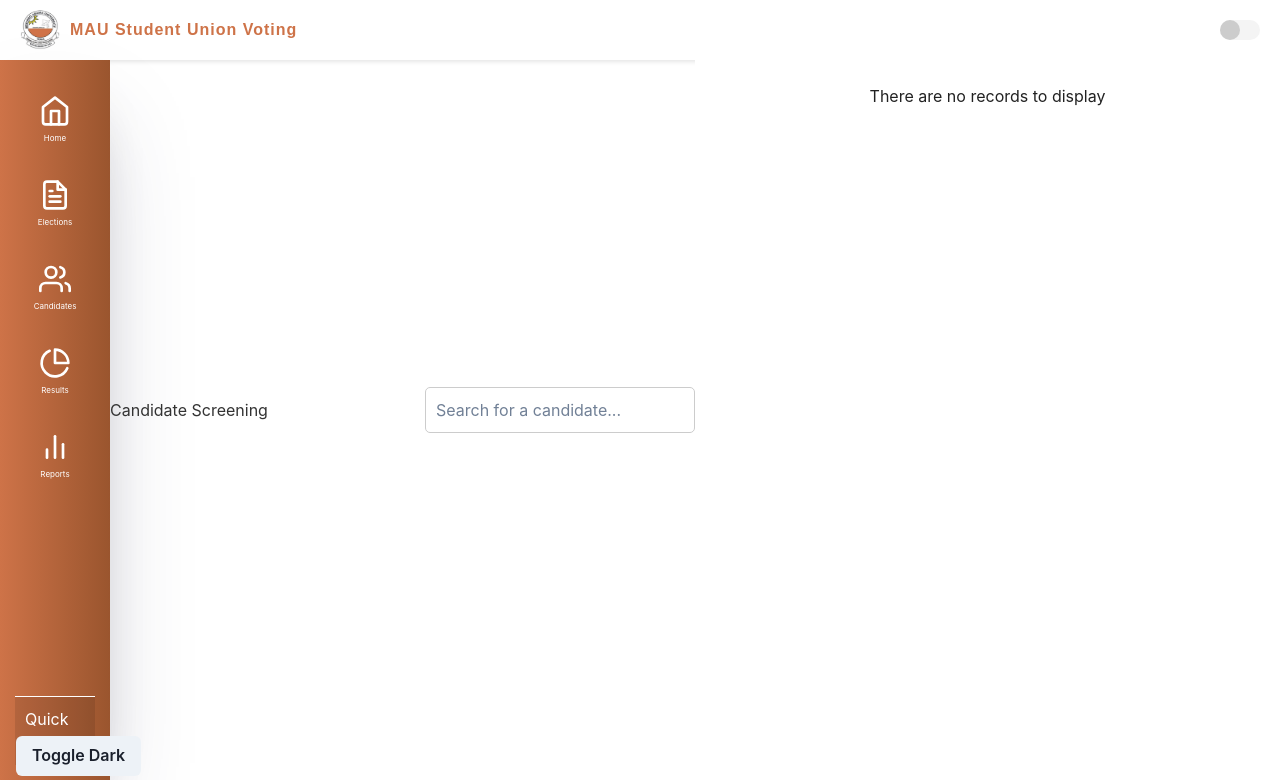
Repository: joena1o/e-vote
Page: /ElectionCommittee-dashboard/candidates-screening
An editor plug-in stored every save of this project. The page is shown before and after the next save, followed by the edit.
The browser window is 1280 px wide. The pictures show the whole page.
The project was rebuilt for these pictures with package versions that can differ from the ones it lists, and the page was loaded fresh each time. Also part of the build but not shown: src/components/EnhancedLogin.js, src/components/maincontent/RegisterStudents/ManageStudents.js, src/components/maincontent/RegisterStudents/RegisterStudents.js, src/components/maincontent/RegisterStudents/StudentManagement.js, src/components/maincontent/ElectionResults/ViewResults.js, src/components/maincontent/Settings/Settings.js, src/api/index.js, src/components/maincontent/home/Home.styles.js and 11 more.

Above is the page before, as saved 2023-10-22 13:49:25.

### src/index.js
import React from 'react';
import ReactDOM from 'react-dom/client';
import './index.css';
import App from './App';
import reportWebVitals from './reportWebVitals';
import Modal from 'react-modal';

// Set the app element for the modal for accessibility purposes
Modal.setAppElement('#root');

const root = ReactDOM.createRoot(document.getElementById('root'));
root.render(
  <React.StrictMode>
    <App />
  </React.StrictMode>
);

// If you want to start measuring performance in your app, pass a function
// to log results (for example: reportWebVitals(console.log))
// or send to an analytics endpoint. Learn more: https://bit.ly/CRA-vitals
reportWebVitals();

### src/App.js
import React from 'react';
import { BrowserRouter as Router, Routes, Route, Navigate } from 'react-router-dom';
import EnhancedLogin from './components/EnhancedLogin';
import AdminDashboard from './components/AdminDashboard';
import { ChakraProvider, ColorModeProvider, Button, useColorMode } from '@chakra-ui/react';
import { Provider } from 'react-redux';
import store from './Redux/store';
import ElectionCommitteeDashboard from './components/maincontent/ElectionCommitteeDashboard';

// Component to toggle dark mode
function DarkModeToggle() {
  const { colorMode, toggleColorMode } = useColorMode();
  return (
    <Button onClick={toggleColorMode} position="fixed" m={4} zIndex={10}>
      Toggle {colorMode === 'light' ? 'Dark' : 'Light'}
    </Button>
  );
}

function App() {
  // Check if the current route is not the "/login" route, then render the DarkModeToggle
  const isLoginPage = window.location.pathname === '/login';

  return (
    <Provider store={store}>
      <ChakraProvider>
        <ColorModeProvider options={{ useSystemColorMode: true }}>
          <Router>
            <Routes>
              {/* Define your routes */}
              <Route path="/login" element={<EnhancedLogin />} />
              <Route path="/admin-dashboard/*" element={<AdminDashboard />} />
              <Route path= "/ElectionCommittee-dashboard/*" element={<ElectionCommitteeDashboard />} />
              {/* Redirect root to /admin-dashboard */}
              <Route path="/" element={<Navigate to="/admin-dashboard" replace />} />
            </Routes>
          </Router>
          {/* Render DarkModeToggle only if not on the "/login" page */}
          {!isLoginPage && <DarkModeToggle />}
        </ColorModeProvider>
      </ChakraProvider>
    </Provider>
  );
}

export default App;

### src/Redux/store.js
import { configureStore } from '@reduxjs/toolkit';
import electionReducer from './electionSlice';
import studentsReducer from './studentsSlice';
import candidatesReducer from './CandidateSlice'; // Import the candidates reducer

const store = configureStore({
  reducer: {
    elections: electionReducer,
    students: studentsReducer,
    candidates: candidatesReducer, // Add the candidates reducer here
  },
});

export default store;

### src/components/maincontent/ElectionCommitteeDashboard.js
// ElectionCommitteeDashboard.js
import React from 'react';
import { Routes, Route } from 'react-router-dom';
import ElectionCommitteeSidebar from './ElectionCommitteeSidebar';
import Navbar from '../Navbar';
import styled from 'styled-components';
import ElectionList from './ManageElections/ElectionList';
import ViewResults from './ElectionResults/ViewResults';
import ElectionCommitteeHome from './home/ElectionCommitteeHome';
import CandidatesScreening from './CandidateScreening/CandidateScreening';



const Container = styled.div`
  display: flex;
  flex-direction: column;
  height: 100vh;
  width: 100%;
`;

const Content = styled.div`
  display: flex;
  flex: 1;
`;

const ElectionCommitteeDashboard = () => {
  return (
    <Container>
      <Navbar />
      <Content>
        <ElectionCommitteeSidebar />
        <Routes>
          <Route index element={<ElectionCommitteeHome />} />

          <Route path="election-list" element={<ElectionList />} />
          <Route path="candidates-screening" element={<CandidatesScreening />} />
          <Route path="view-results" element={<ViewResults />} />

        </Routes>
      </Content>
    </Container>
  );
};

export default ElectionCommitteeDashboard;

### src/components/Navbar.js
import React from 'react';
import styled, { createGlobalStyle } from 'styled-components';
import logo from '../assets/school_logo.jpg';
import { useColorMode } from '@chakra-ui/react';

const GlobalStyle = createGlobalStyle`
  body {
    background-color: ${props => (props.theme === 'dark' ? '#333' : '#fff')};
    color: ${props => (props.theme === 'dark' ? '#fff' : '#000')}; // Set other component texts to black in light mode
  }
`;

const Header = styled.header`
  background: ${props => (props.theme === 'dark' ? '#333' : '#fff')};
  color: ${props => (props.theme === 'dark' ? '#fff' : '#ce7348')}; // Set navbar text to brown in light mode
  padding: 10px 20px;
  display: flex;
  align-items: center;
  justify-content: flex-start;
  box-shadow: 0px 2px 4px rgba(0, 0, 0, 0.1);
  font-family: 'Poppins', sans-serif;
`;


const Logo = styled.img`
  width: 40px;
  height: 40px;
  border-radius: 20px;
  margin-right: 10px;
`;

const Title = styled.h1`
  margin: 0;
  padding: 0;
  font-size: 1rem;
  font-weight: 600;
  letter-spacing: 1px;
`;

const ToggleSlider = styled.label`
  display: flex;
  align-items: center;
  cursor: pointer;
  margin-left: auto;
`;

const SliderInput = styled.input.attrs({ type: 'checkbox' })`
  display: none;
`;

const Slider = styled.div`
  width: 40px;
  height: 20px;
  background-color: ${props => (props.theme === 'dark' ? '#333' : '#f4f4f4')};
  border-radius: 20px;
  position: relative;
  transition: background-color 0.3s ease;
  cursor: pointer;

  &::after {
    content: '';
    width: 20px;
    height: 20px;
    border-radius: 50%;
    background-color: ${props => (props.theme === 'dark' ? '#fff' : '#ccc')};
    position: absolute;
    top: 50%;
    transform: translateY(-50%);
    left: ${props => (props.theme === 'dark' ? '20px' : '0')};
    transition: left 0.3s ease;
  }
`;

function Navbar() {
  const { colorMode, toggleColorMode } = useColorMode();

  return (
    <>
      <GlobalStyle theme={colorMode} />
      <Header theme={colorMode}>
        <Logo src={logo} alt="University Logo" />
        <Title>MAU Student Union Voting</Title>
        <ToggleSlider>
          <SliderInput type="checkbox" onChange={toggleColorMode} />
          <Slider theme={colorMode} />
        </ToggleSlider>
      </Header>
    </>
  );
}

export default Navbar;

### src/Redux/electionSlice.js
/*import { createSlice, createAsyncThunk } from '@reduxjs/toolkit';
import { API, graphqlOperation } from 'aws-amplify';
import { createElection as createElectionAPI } from '../graphql/mutations';

export const createElection = createAsyncThunk(
  'elections/createElection',
  async (election, { rejectWithValue }) => {
    try {
      const result = await API.graphql(graphqlOperation(createElectionAPI, { input: election }));
      return result.data.createElection;
    } catch (error) {
      return rejectWithValue(error);
    }
  }
);

const electionSlice = createSlice({
  name: 'elections',
  initialState: [],
  reducers: {},
  extraReducers: (builder) => {
    builder.addCase(createElection.fulfilled, (state, action) => {
      state.push(action.payload);
    });
  },
});

export default electionSlice.reducer;
*/

### src/Redux/studentsSlice.js
import { createSlice } from '@reduxjs/toolkit';

export const studentsSlice = createSlice({
  name: 'students',
  initialState: [],
  reducers: {
    addStudents: (state, action) => {
      // Add students to the Redux store
      action.payload.forEach(student => {
        state.push(student);
      });
    },
  },
});

export const { addStudents } = studentsSlice.actions;

export default studentsSlice.reducer;

### src/Redux/CandidateSlice.js

import { createSlice } from '@reduxjs/toolkit';

export const candidatesSlice = createSlice({
  name: 'candidates',
  initialState: [],
  reducers: {
    setCandidates: (state, action) => {
      return action.payload;
    },
  },
});

export const { setCandidates } = candidatesSlice.actions;
export default candidatesSlice.reducer;

### src/components/maincontent/ElectionCommitteeSidebar.js
import React from 'react';
import styled from 'styled-components';
import { Link } from 'react-router-dom';
import { FiHome, FiFileText, FiUsers, FiPieChart, FiBarChart2, FiTrendingUp } from 'react-icons/fi';
import { useColorMode } from '@chakra-ui/react';


const SidebarContainer = styled.nav`
  background: ${props => (props.theme === 'dark' ? '#333' : 'linear-gradient(to right, #ce7348, #9a552e)')};
  padding: 15px;
  height: 100vh;
  color: #fff;
  box-shadow: rgba(50, 50, 93, 0.25) 0px 50px 100px -20px, rgba(0, 0, 0, 0.3) 0px 30px 60px -30px;
  display: flex;
  flex-direction: column;
`;

const LinkList = styled.ul`
  list-style-type: none;
  padding: 0;
  flex: 1;
`;

const StyledLink = styled(Link)`
  text-decoration: none;
  color: #fff;
  display: flex;
  flex-direction: column;
  align-items: center;
  transition: color 0.3s ease;
  margin-bottom: 15px;
  cursor: pointer;
  font-size: 0.5rem;

  &:hover {
    color: #fce364;
  }

  width: 80px;
  text-align: center;
  word-wrap: break-word;
  overflow-wrap: break-word;
`;

const LinkItem = styled.li`
  display: flex;
  align-items: center;
  margin-top: 20px;
`;

const Icon = styled.div`
  font-size: 2rem;
  color: #fff;

  margin-bottom: 5px;

  ${StyledLink}:hover & {
    color: #fce364;
  }
`;

const QuickStats = styled.div`
  margin-top: auto;
  padding: 10px;
  background: rgba(0, 0, 0, 0.1);
  border-top: 1px solid #fff;
`;

function ElectionCommitteeSidebar() {
  const { colorMode } = useColorMode();

  return (
    <SidebarContainer theme={colorMode}>
      <LinkList>
        <LinkItem>
          <StyledLink to="/ElectionCommittee-dashboard">
            <Icon><FiHome /></Icon>
            Home
          </StyledLink>
        </LinkItem>
        <LinkItem>
          <StyledLink to="/ElectionCommittee-dashboard/election-list">
            <Icon><FiFileText /></Icon>
            Elections
          </StyledLink>
        </LinkItem>
        <LinkItem>
          <StyledLink to="/ElectionCommittee-dashboard/candidates-screening">
            <Icon><FiUsers /></Icon>
            Candidates
          </StyledLink>
        </LinkItem>
        <LinkItem>
          <StyledLink to="/ElectionCommittee-dashboard/view-results">
            <Icon><FiPieChart /></Icon>
            Results
          </StyledLink>
        </LinkItem>
        <LinkItem>
          <StyledLink to="/reports">
            <Icon><FiBarChart2 /></Icon>
            Reports
          </StyledLink>
        </LinkItem>
      </LinkList>
      <QuickStats>
        <h3>Quick Stats</h3>
        {/* Here you can place any quick statistics or relevant data for the admin */}
      </QuickStats>
    </SidebarContainer>
  );
}

export default ElectionCommitteeSidebar;

### src/components/maincontent/CandidateScreening/CandidateScreening.js
import React, { useState, useEffect } from 'react';
// import { API, graphqlOperation } from 'aws-amplify';
// import { listCandidates } from './graphql/queries';
// import { updateCandidate } from './graphql/mutations';
import Modal from 'react-modal';
import { useSelector, useDispatch } from 'react-redux';
import { setCandidates } from '../../../Redux/CandidateSlice';
import styled from 'styled-components';
import DataTable from 'react-data-table-component';

// Styled Components


const StyledButton = styled.button`
  padding: 8px 15px;
  margin-right: 10px;
  border: none;
  border-radius: 5px;
  cursor: pointer;
  transition: background-color 0.3s ease;

  &:hover {
    background-color: #ddd;
  }
`;

const Title = styled.h2`
  color: #333;
  margin: 0;
`;

const SearchInput = styled.input`
  padding: 10px;
  border: 1px solid #ccc;
  border-radius: 5px;
`;
const HeaderContainer = styled.div`
  display: flex;
  justify-content: space-between;
  align-items: center;
  margin-bottom: 20px;
  width: 100%; // Ensure it takes the full width
`;

const DataTableContainer = styled.div`
  position: relative; // Ensure it's relative and not absolute or fixed
  max-width: 100%;
  overflow-x: auto;
`;


function CandidateScreening() {
  const candidates = useSelector(state => state.candidates);
  const [searchTerm, setSearchTerm] = useState("");
  const [isDialogOpen, setIsDialogOpen] = useState(false);
  const [selectedCandidate, setSelectedCandidate] = useState(null);

  const columns = [
    {
      name: 'Name',
      selector: 'name',
      sortable: true,
    },
    {
      name: 'Description',
      selector: 'description',
      sortable: true,
    },
    {
      name: 'Nominated By',
      selector: 'nominatedBy',
      sortable: true,
    },
    {
      name: 'Actions',
      cell: row => (
        <StyledButton onClick={() => onViewDetails(row)}>View Details</StyledButton>
      ),
    },
  ];

  const onViewDetails = (candidate) => {
    setSelectedCandidate(candidate);
    setIsDialogOpen(true);
  };

  const filteredCandidates = candidates.filter(candidate =>
    candidate.name.toLowerCase().includes(searchTerm.toLowerCase())
  );

  /*
  const fetchCandidates = async () => {
    try {
      const candidateData = await API.graphql(graphqlOperation(listCandidates));
      const candidateList = candidateData.data.listCandidates.items;
      dispatch(setCandidates(candidateList)); // Update Redux store
    } catch (error) {
      console.error("Error fetching candidates", error);
    }
  };
  */

  /*
  const onApprove = async (id) => {
    try {
      await API.graphql(graphqlOperation(updateCandidate, {
        input: {
          id,
          status: 'Approved'
        }
      }));
      fetchCandidates();
    } catch (error) {
      console.error("Error approving candidate", error);
    }
  };

  const onReject = async (id) => {
    try {
      await API.graphql(graphqlOperation(updateCandidate, {
        input: {
          id,
          status: 'Rejected'
        }
      }));
      fetchCandidates();
    } catch (error) {
      console.error("Error rejecting candidate", error);
    }
  };
  */

  return (
    <>
      <HeaderContainer>
        <Title>Candidate Screening</Title>
        <SearchInput
          value={searchTerm}
          onChange={(e) => setSearchTerm(e.target.value)}
          placeholder="Search for a candidate..."
        />
      </HeaderContainer>
      <DataTable
        columns={columns}
        data={filteredCandidates}
        pagination
        highlightOnHover
      />
      {isDialogOpen && (
        <Modal
          isOpen={isDialogOpen}
          onRequestClose={() => setIsDialogOpen(false)}
          contentLabel="Candidate Details"
        >
          <h3>{selectedCandidate.name}</h3>
          <p>{selectedCandidate.description}</p>
          <p>Nominated by: {selectedCandidate.nominatedBy}</p>
        </Modal>
      )}
    </>
  );
}

export default CandidateScreening;

Loaded but not shown: public/index.html (common file); src/index.css (common file); src/reportWebVitals.js (common file)

After the next save:
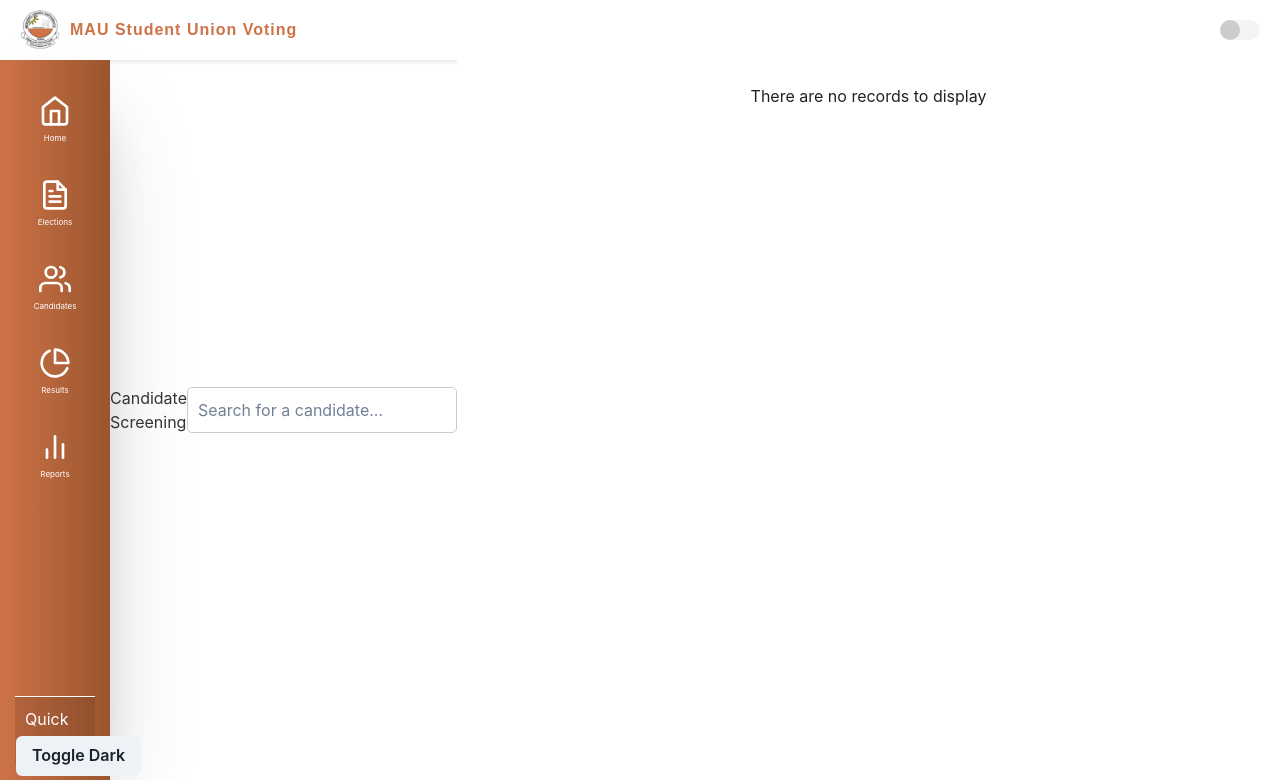
Saved 32 s later.
--- a/src/components/maincontent/CandidateScreening/CandidateScreening.js
+++ b/src/components/maincontent/CandidateScreening/CandidateScreening.js
@@ -39,8 +39,8 @@ const HeaderContainer = styled.div`
   justify-content: space-between;
   align-items: center;
   margin-bottom: 20px;
-  width: 100%; // Ensure it takes the full width
 `;
+
 
 const DataTableContainer = styled.div`
   position: relative; // Ensure it's relative and not absolute or fixed
